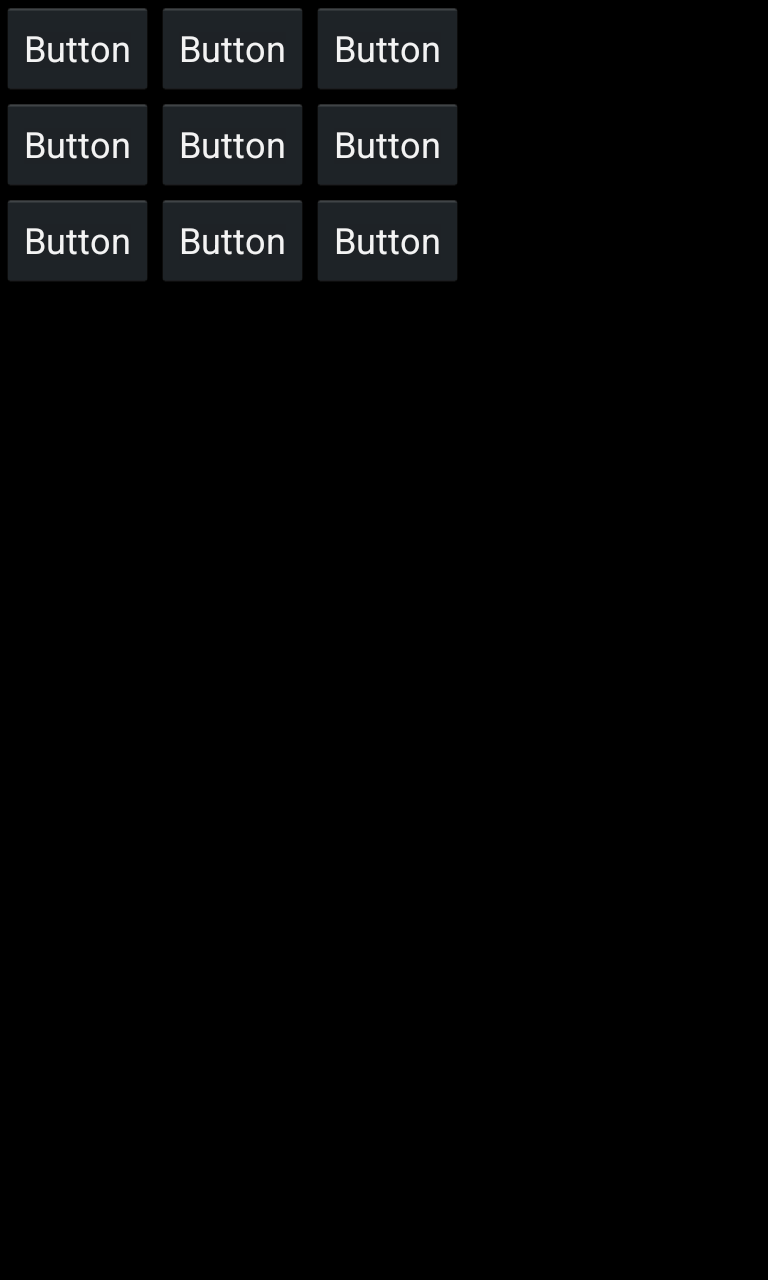
Repository: dorisserruto/un_exercises
Layout: javaandroid/Recursos/workspace-profe/lab14_widgets/res/layout/main_button.xml
An editor plug-in stored every save of this project. The layout is shown before and after the next save, followed by the edit.
It is drawn on a 768 x 1280 px phone screen (xhdpi) without system bars, with theme android:Theme.Holo; the app's code is not run.

Above is the layout before, as saved 2012-06-30 22:01:34.

### javaandroid/Recursos/workspace-profe/lab14_widgets/res/layout/main_button.xml
<?xml version="1.0" encoding="utf-8"?>
<LinearLayout xmlns:android="http://schemas.android.com/apk/res/android"
    android:layout_width="fill_parent"
    android:layout_height="fill_parent"
    android:orientation="vertical" >

    <LinearLayout
        android:layout_width="match_parent"
        android:layout_height="wrap_content" >

        <Button
            android:id="@+id/button1"
            android:layout_width="wrap_content"
            android:layout_height="wrap_content"
            android:text="Button"
            android:onClick="someMethod"
             />

        <Button
            android:id="@+id/button2"
            android:layout_width="wrap_content"
            android:layout_height="wrap_content"
            android:text="Button"
            android:onClick="someMethod"
            />

        <Button
            android:id="@+id/button3"
            android:layout_width="wrap_content"
            android:layout_height="wrap_content"
            android:text="Button"
            android:onClick="someMethod"
            />

    </LinearLayout>

    <LinearLayout
        android:layout_width="match_parent"
        android:layout_height="wrap_content" >

        <Button
            android:id="@+id/button4"
            android:layout_width="wrap_content"
            android:layout_height="wrap_content"
            android:text="Button" />

        <Button
            android:id="@+id/button5"
            android:layout_width="wrap_content"
            android:layout_height="wrap_content"
            android:text="Button" />

        <Button
            android:id="@+id/button6"
            android:layout_width="wrap_content"
            android:layout_height="wrap_content"
            android:text="Button" />

    </LinearLayout>

    <LinearLayout
        android:layout_width="match_parent"
        android:layout_height="wrap_content" >

        <Button
            android:id="@+id/button7"
            android:layout_width="wrap_content"
            android:layout_height="wrap_content"
            android:text="Button" />

        <Button
            android:id="@+id/button8"
            android:layout_width="wrap_content"
            android:layout_height="wrap_content"
            android:text="Button" />

        <Button
            android:id="@+id/button9"
            android:layout_width="wrap_content"
            android:layout_height="wrap_content"
            android:text="Button" />

    </LinearLayout>

</LinearLayout>

After the next save:
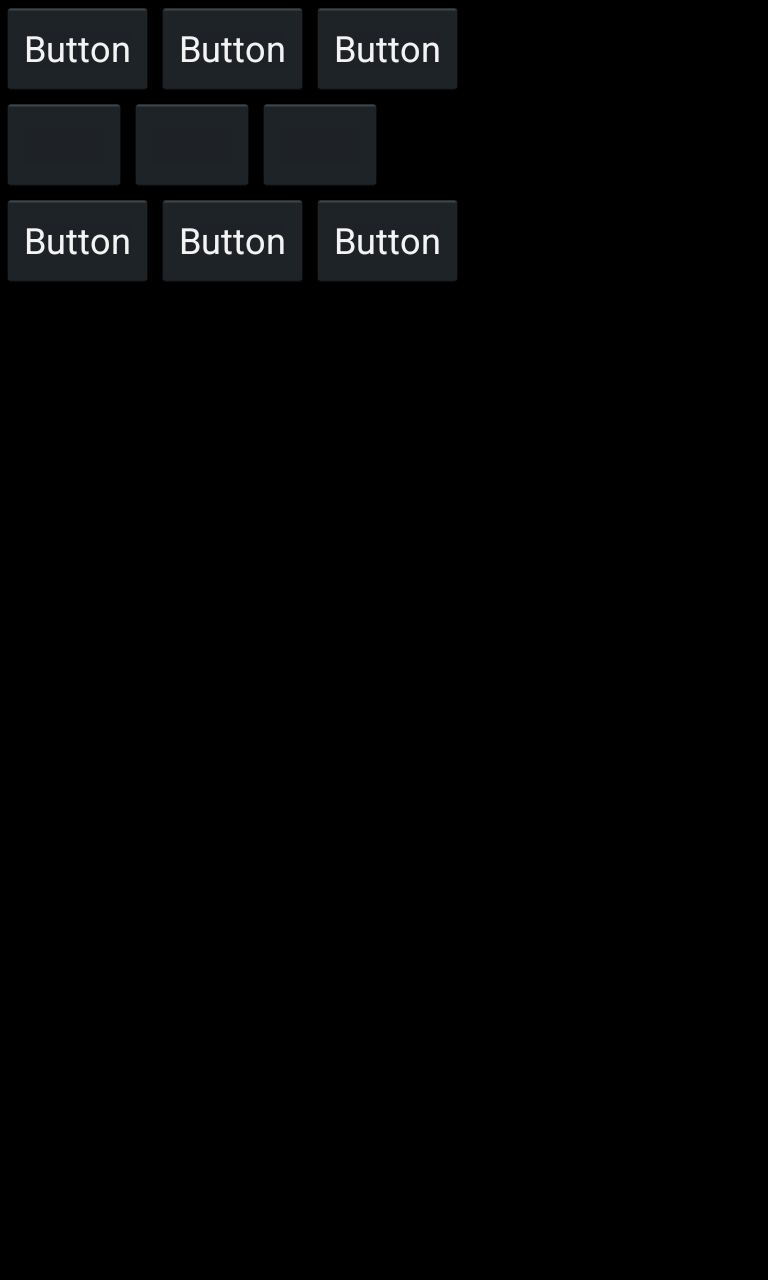
Saved 69 s later.
--- a/javaandroid/Recursos/workspace-profe/lab14_widgets/res/layout/main_button.xml
+++ b/javaandroid/Recursos/workspace-profe/lab14_widgets/res/layout/main_button.xml
@@ -42,19 +42,19 @@
             android:id="@+id/button4"
             android:layout_width="wrap_content"
             android:layout_height="wrap_content"
-            android:text="Button" />
+            android:text="" />
 
         <Button
             android:id="@+id/button5"
             android:layout_width="wrap_content"
             android:layout_height="wrap_content"
-            android:text="Button" />
+            android:text="" />
 
         <Button
             android:id="@+id/button6"
             android:layout_width="wrap_content"
             android:layout_height="wrap_content"
-            android:text="Button" />
+            android:text="" />
 
     </LinearLayout>
 
